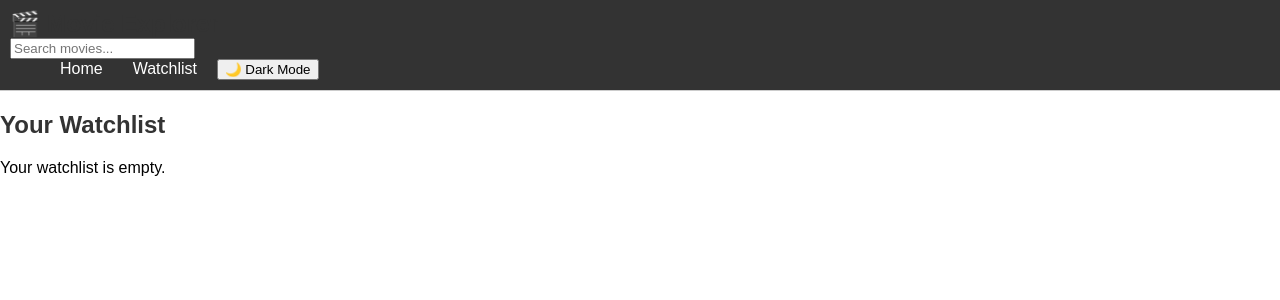
Repository: Akashmadhunala/Assignment-4-Movie_Explorer
Page: /watchlist
An editor plug-in stored every save of this project. The page is shown before and after the next save, followed by the edit.
The browser window is 1280 px wide. The pictures show the whole page.
The project was rebuilt for these pictures with package versions that can differ from the ones it lists, and the page was loaded fresh each time. Also part of the build but not shown: src/components/styles/MovieCard.module.css, src/components/MovieCard.js, src/api/tmdbApi.js, src/styles/Home.module.css, src/pages/Home.js, src/styles/MovieDetail.module.css, src/pages/MovieDetail.js, src/styles/Search.module.css and 2 more.

Above is the page before, as saved 2024-10-21 00:24:33.

### public/index.html
<!DOCTYPE html>
<html lang="en">
<head>
    <meta charset="UTF-8" />
    <meta name="viewport" content="width=device-width, initial-scale=1.0" />
    <title>Movie Explorer</title>
</head>
<body>
    <noscript>You need to enable JavaScript to run this app.</noscript>
    <div id="root"></div>
</body>
</html>

### src/App.js
import React from 'react';
import { BrowserRouter as Router, Route, Routes } from 'react-router-dom';
import { ThemeProvider } from './context/ThemeContext';
import Navbar from './components/Navbar';
import Home from './pages/Home';
import MovieDetail from './pages/MovieDetail';
import Search from './pages/Search';
import WatchlistPage from './pages/WatchlistPage';
import './styles/global.css';

const App = () => {
  return (
    <ThemeProvider>
      <Router>
        <Navbar />
        <Routes>
          <Route path="/" element={<Home />} />
          <Route path="/movie/:id" element={<MovieDetail />} />
          <Route path="/search" element={<Search />} />
          <Route path="/watchlist" element={<WatchlistPage />} />
        </Routes>
      </Router>
    </ThemeProvider>
  );
};

export default App;

### src/context/ThemeContext.js
import React, { createContext, useState } from 'react';

export const ThemeContext = createContext();

export const ThemeProvider = ({ children }) => {
  const [theme, setTheme] = useState('light');

  const toggleTheme = () => {
    setTheme((prevTheme) => (prevTheme === 'light' ? 'dark' : 'light'));
  };

  return (
    <ThemeContext.Provider value={{ theme, toggleTheme }}>
      <div className={theme}>
        {children}
      </div>
    </ThemeContext.Provider>
  );
};

### src/components/Navbar.js
import React, { useContext, useState } from 'react';
import { Link, useNavigate } from 'react-router-dom';
import { ThemeContext } from '../context/ThemeContext';
import styles from './styles/Navbar.module.css';

const Navbar = () => {
  const { theme, toggleTheme } = useContext(ThemeContext);
  const [searchTerm, setSearchTerm] = useState('');
  const navigate = useNavigate();

  const handleSearch = (e) => {
    e.preventDefault();
    if (searchTerm) {
      navigate(`/search?query=${searchTerm}`);
    }
  };

  return (
    <nav className={styles.navbar}>
      <h1>🎬 Movie Explorer</h1>
      <form onSubmit={handleSearch}>
        <input
          type="text"
          value={searchTerm}
          onChange={(e) => setSearchTerm(e.target.value)}
          placeholder="Search movies..."
          className={styles.searchBar}
        />
      </form>
      <ul>
        <li><Link to="/">Home</Link></li>
        <li><Link to="/watchlist">Watchlist</Link></li>
        <li>
          <button onClick={toggleTheme} className={styles.themeToggle}>
            {theme === 'dark' ? '🌞 Light Mode' : '🌙 Dark Mode'}
          </button>
        </li>
      </ul>
    </nav>
  );
};

export default Navbar;

### src/pages/WatchlistPage.js
import React from 'react';
import Watchlist from '../components/Watchlist';

const WatchlistPage = () => {
  return <Watchlist />;
};

export default WatchlistPage;

### src/styles/global.css
body {
  margin: 0;
  font-family: Arial, sans-serif;
}

h1, h2, h3 {
  color: #333;
}

nav {
  background: #fff;
  padding: 10px;
  border-bottom: 1px solid #ccc;
}

nav a {
  margin: 0 10px;
  text-decoration: none;
}

### src/components/styles/Navbar.module.css
.navbar {
    background-color: #333;
    color: #fff;
    padding: 10px;
}

.navbar h1 {
    display: inline;
    margin-right: 20px;
}

.navbar ul {
    list-style: none;
    display: inline;
}

.navbar li {
    display: inline;
    margin-right: 10px;
}

.navbar a {
    color: #fff;
    text-decoration: none;
}

### src/components/Watchlist.js
import React, { useEffect, useState } from 'react';
import { Link } from 'react-router-dom';
import styles from './styles/Watchlist.module.css';

const Watchlist = () => {
  const [watchlist, setWatchlist] = useState([]);

  useEffect(() => {
    const savedWatchlist = JSON.parse(localStorage.getItem('watchlist')) || [];
    setWatchlist(savedWatchlist);
  }, []);

  const removeFromWatchlist = (id) => {
    const updatedWatchlist = watchlist.filter((movie) => movie.id !== id);
    setWatchlist(updatedWatchlist);
    localStorage.setItem('watchlist', JSON.stringify(updatedWatchlist));
  };

  return (
    <div className={styles.watchlist}>
      <h2>Your Watchlist</h2>
      {watchlist.length === 0 ? (
        <p>Your watchlist is empty.</p>
      ) : (
        <ul className={styles.movieList}>
          {watchlist.map((movie) => (
            <li key={movie.id} className={styles.movieItem}>
              <Link to={`/movie/${movie.id}`}>
                <img
                  src={`https://image.tmdb.org/t/p/w200${movie.poster_path}`}
                  alt={movie.title}
                />
              </Link>
              <div>
                <h3>{movie.title}</h3>
                <button onClick={() => removeFromWatchlist(movie.id)}>
                  Remove
                </button>
              </div>
            </li>
          ))}
        </ul>
      )}
    </div>
  );
};

export default Watchlist;

Loaded but not shown: src/index.js (common file)

After the next save:
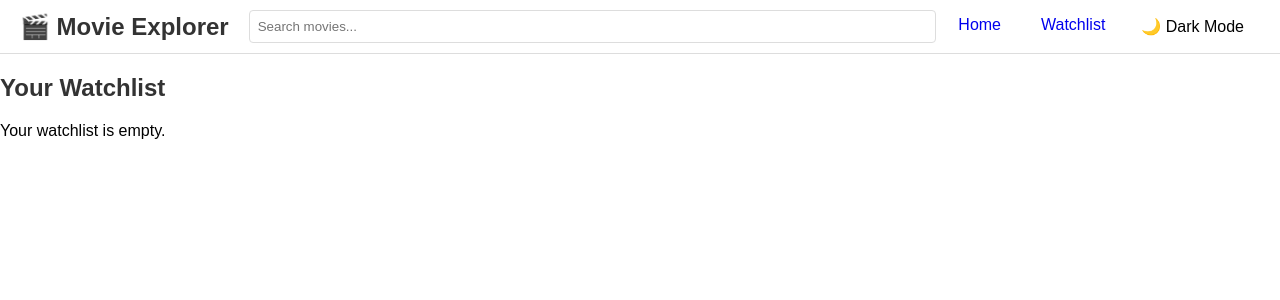
Saved 12 s later.
--- a/src/components/styles/Navbar.module.css
+++ b/src/components/styles/Navbar.module.css
@@ -1,25 +1,43 @@
 .navbar {
-    background-color: #333;
-    color: #fff;
-    padding: 10px;
-}
+    display: flex;
+    justify-content: space-between;
+    align-items: center;
+    padding: 10px 20px;
+    background-color: #fff;
+    border-bottom: 1px solid #ddd;
+  }
 
-.navbar h1 {
-    display: inline;
-    margin-right: 20px;
-}
+  .navbar h1 {
+    font-size: 1.5rem;
+    margin: 0;
+  }
 
-.navbar ul {
+  .navbar form {
+    flex: 1;
+    margin: 0 20px;
+  }
+
+  .navbar input {
+    width: 100%;
+    padding: 8px;
+    border: 1px solid #ddd;
+    border-radius: 4px;
+  }
+
+  .navbar ul {
     list-style: none;
-    display: inline;
-}
+    display: flex;
+    margin: 0;
+    padding: 0;
+  }
 
-.navbar li {
-    display: inline;
-    margin-right: 10px;
-}
+  .navbar li {
+    margin: 0 10px;
+  }
 
-.navbar a {
-    color: #fff;
-    text-decoration: none;
-}
+  .navbar .themeToggle {
+    background-color: transparent;
+    border: none;
+    cursor: pointer;
+    font-size: 1rem;
+  }
